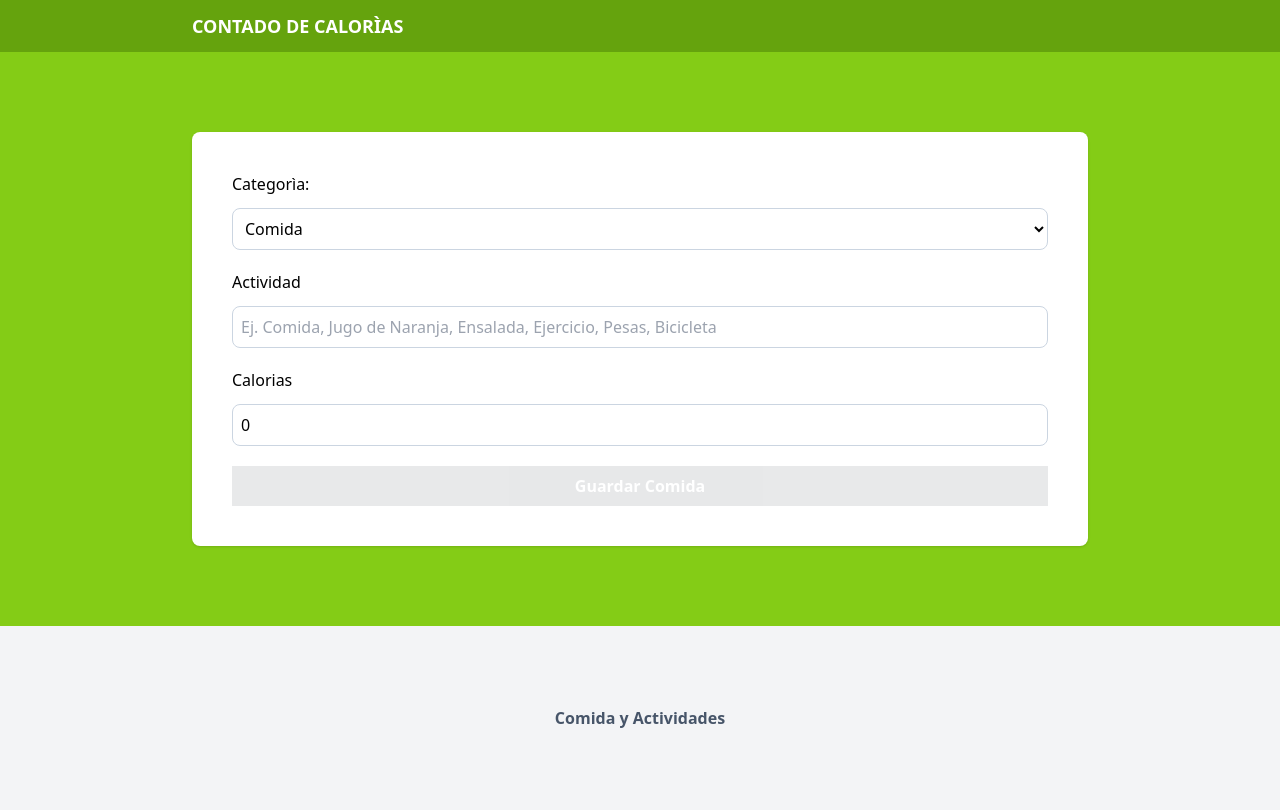
Repository: Matiiu/calorie-tracker
Page: /
These files come from the project's save history. The page is drawn as it stood at one moment and after the next save; the edit follows.
The browser window is 1280 px wide. The pictures show the whole page.
The project was rebuilt for these pictures with package versions that can differ from the ones it lists, and the page was loaded fresh each time. Also part of the build but not shown: vite.config.ts.

Above is the page before, as saved 2024-04-01 13:21:22.

After the next save:
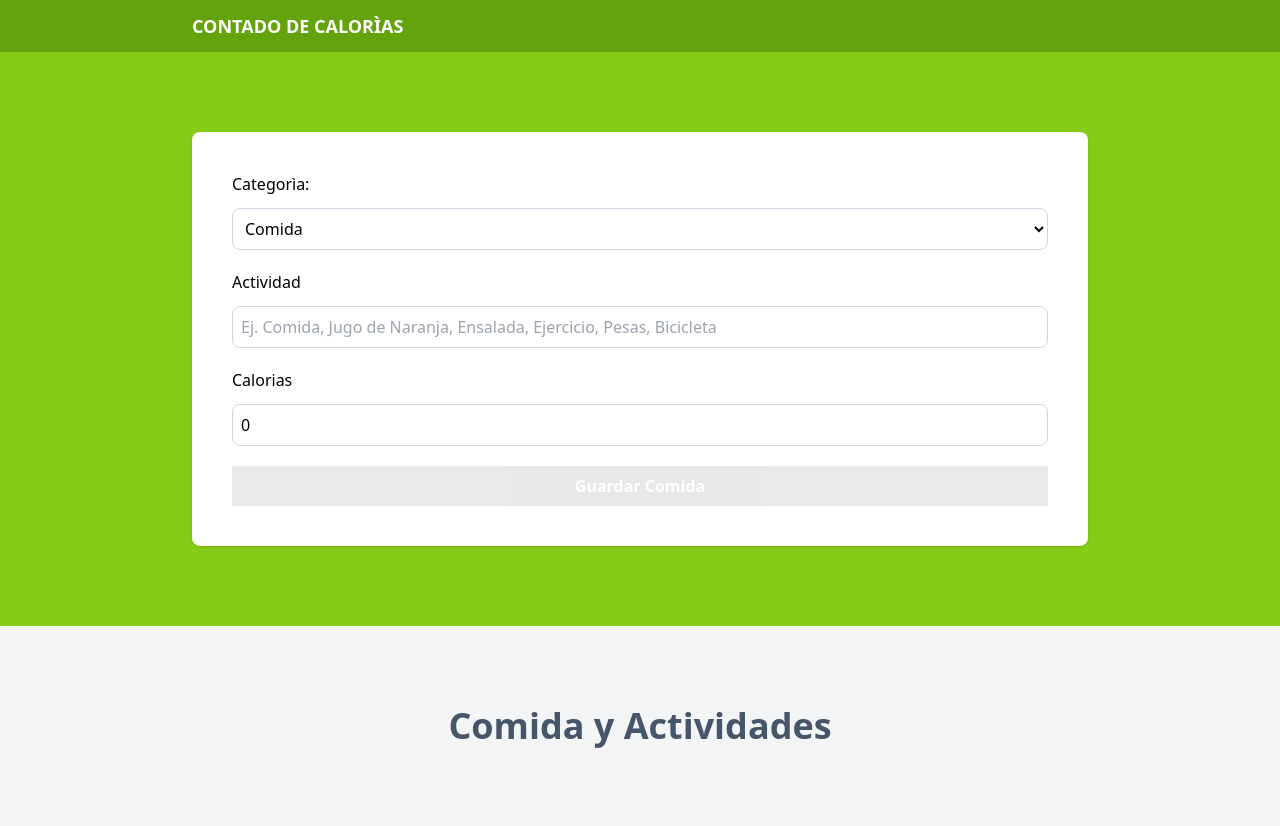
Saved 63 s later.
--- a/src/components/ActivityList.tsx
+++ b/src/components/ActivityList.tsx
@@ -22,7 +22,7 @@ export default function ActivityList({ activities }: ActivityListprops) {
 
   return (
     <>
-      <h2 className="text-4-xl font-bold text-slate-600 text-cente">
+      <h2 className="text-4xl font-bold text-slate-600 text-cente">
         Comida y Actividades
       </h2>
 
